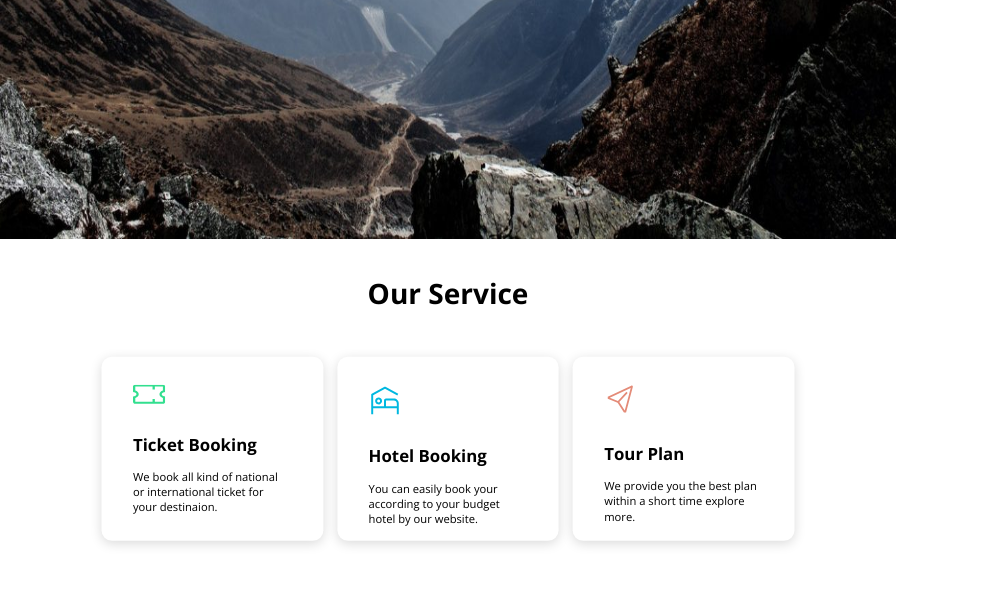
Repository: kubrazamanova/Background-Image
Page: index.html
The author's editor kept a copy of each file at every save. The page is drawn from the files as they stood at one save, then again after the next save.
The browser window is 1280 px wide. The page is 1280 px wide, then 1417 px, so the pictures cover 1417 px, including what lies to the right of the window. The pictures show the part of the page from y = 822 to 2542 px (the page is 1682 px tall before and 2542 px after), at 70% of full size.

Above is the page before, as saved 2023-10-17 19:00:15.

### index.html
<!DOCTYPE html>
<html lang="en">
  <head>
    <meta charset="UTF-8" />
    <meta name="viewport" content="width=device-width, initial-scale=1.0" />
    <link rel="stylesheet" href="index.css" />
    <title>Document</title>
  </head>
  <body>
    <div class="container">
      <div class="home-page">
        <nav>
          <img src="./image/Travel Goo.svg" alt="" />
          <ul>
            <li>
              <a href="#">HOME</a>
            </li>
            <li>
              <a href="#service-page">Service</a>
            </li>
            <li>
              <a href="#">About Us</a>
            </li>

            <li>
              <a href="#">Packages</a>
            </li>
          </ul>
          <div class="photo1">
            <img src="./image/star.svg" alt="" />
            <img src="./image/user.svg" alt="" />
          </div>
        </nav>

        <main>
          <h1>Your Imagination Is Your Only Limit</h1>
          <p>
            We always try to make our customer Happy. We provide all kind of
            facilities. Your Satisfaction is our main priority
          </p>
          <a href="#">Discover more</a>
        </main>
      </div>
      <div id="service-page">
        <div class="our-service-page">
          <h1>Our Service</h1>

          <ul>
            <li>
              <svg
                xmlns="http://www.w3.org/2000/svg"
                width="46"
                height="28"
                viewBox="0 0 46 28"
                fill="none"
              >
                <path
                  d="M44.3571 10.9036C44.7929 10.9036 45.2107 10.76 45.5188 10.5044C45.8269 10.2488 46 9.90215 46 9.54067V2.72591C46 2.00295 45.6538 1.30961 45.0376 0.7984C44.4214 0.287193 43.5857 0 42.7143 0H3.28571C2.41429 0 1.57855 0.287193 0.962363 0.7984C0.346172 1.30961 0 2.00295 0 2.72591V9.54067C0 9.90215 0.173086 10.2488 0.481182 10.5044C0.789277 10.76 1.20714 10.9036 1.64286 10.9036C2.51428 10.9036 3.35002 11.1908 3.96621 11.702C4.5824 12.2132 4.92857 12.9066 4.92857 13.6295C4.92857 14.3525 4.5824 15.0458 3.96621 15.557C3.35002 16.0682 2.51428 16.3554 1.64286 16.3554C1.20714 16.3554 0.789277 16.499 0.481182 16.7546C0.173086 17.0102 0 17.3569 0 17.7184V24.5332C0 25.2561 0.346172 25.9495 0.962363 26.4607C1.57855 26.9719 2.41429 27.2591 3.28571 27.2591H42.7143C43.5857 27.2591 44.4214 26.9719 45.0376 26.4607C45.6538 25.9495 46 25.2561 46 24.5332V17.7184C46 17.3569 45.8269 17.0102 45.5188 16.7546C45.2107 16.499 44.7929 16.3554 44.3571 16.3554C43.4857 16.3554 42.65 16.0682 42.0338 15.557C41.4176 15.0458 41.0714 14.3525 41.0714 13.6295C41.0714 12.9066 41.4176 12.2132 42.0338 11.702C42.65 11.1908 43.4857 10.9036 44.3571 10.9036ZM42.7143 18.9042V24.5332H31.2143V20.4443H27.9286V24.5332H3.28571V18.9042C4.69199 18.5992 5.93673 17.9161 6.82512 16.9617C7.71351 16.0073 8.19542 14.8354 8.19542 13.6295C8.19542 12.4237 7.71351 11.2518 6.82512 10.2974C5.93673 9.34297 4.69199 8.65984 3.28571 8.3549V2.72591H27.9286V6.81477H31.2143V2.72591H42.7143V8.3549C41.308 8.65984 40.0633 9.34297 39.1749 10.2974C38.2865 11.2518 37.8046 12.4237 37.8046 13.6295C37.8046 14.8354 38.2865 16.0073 39.1749 16.9617C40.0633 17.9161 41.308 18.5992 42.7143 18.9042Z"
                  fill="#32DF8F"
                />
              </svg>
              <b>Ticket Booking</b>
              <p>
                We book all kind of national or international ticket for your
                destinaion.
              </p>
            </li>

            <li>
              <svg
                xmlns="http://www.w3.org/2000/svg"
                width="45"
                height="45"
                viewBox="0 0 45 45"
                fill="none"
              >
                <path
                  d="M13.3594 21.0938C13.7766 21.0938 14.1844 21.2175 14.5313 21.4492C14.8782 21.681 15.1485 22.0105 15.3082 22.3959C15.4678 22.7813 15.5096 23.2055 15.4282 23.6146C15.3468 24.0238 15.1459 24.3997 14.8509 24.6947C14.5559 24.9897 14.1801 25.1906 13.7709 25.272C13.3617 25.3534 12.9376 25.3116 12.5522 25.1519C12.1667 24.9923 11.8373 24.7219 11.6055 24.375C11.3737 24.0281 11.25 23.6203 11.25 23.2031C11.25 22.6437 11.4722 22.1072 11.8678 21.7116C12.2634 21.316 12.7999 21.0938 13.3594 21.0938ZM13.3594 18.2812C12.3859 18.2813 11.4343 18.5699 10.6249 19.1107C9.81553 19.6516 9.18468 20.4203 8.81216 21.3196C8.43963 22.219 8.34216 23.2086 8.53207 24.1633C8.72199 25.1181 9.19075 25.9951 9.87909 26.6834C10.5674 27.3718 11.4444 27.8405 12.3992 28.0304C13.3539 28.2203 14.3435 28.1229 15.2429 27.7503C16.1423 27.3778 16.9109 26.747 17.4518 25.9376C17.9926 25.1282 18.2813 24.1766 18.2813 23.2031C18.2813 21.8978 17.7627 20.6459 16.8397 19.7228C15.9166 18.7998 14.6647 18.2812 13.3594 18.2812Z"
                  fill="#00B8E0"
                />
                <path
                  d="M35.1562 19.6875H23.9062C23.1603 19.6875 22.445 19.9838 21.9175 20.5112C21.3901 21.0387 21.0938 21.7541 21.0938 22.5V30.9375H5.625V14.9062L22.5 5.82185L40.1203 15.3L41.4422 12.825L23.1609 2.98122C22.9575 2.87289 22.7305 2.81622 22.5 2.81622C22.2695 2.81622 22.0425 2.87289 21.8391 2.98122L3.55781 12.825C3.33326 12.9445 3.14536 13.1228 3.01411 13.3407C2.88285 13.5586 2.81318 13.8081 2.8125 14.0625V42.1875H5.625V33.75H39.375V42.1875H42.1875V26.7187C42.1875 24.8539 41.4467 23.0655 40.1281 21.7469C38.8095 20.4283 37.0211 19.6875 35.1562 19.6875ZM23.9062 30.9375V22.5H35.1562C36.2751 22.5 37.3482 22.9444 38.1394 23.7356C38.9305 24.5268 39.375 25.5998 39.375 26.7187V30.9375H23.9062Z"
                  fill="#00B8E0"
                />
              </svg>
              <b>Hotel Booking</b>
              <p>
                You can easily book your according to your budget hotel by our
                website.
              </p>
            </li>

            <li>
              <svg
                xmlns="http://www.w3.org/2000/svg"
                width="41"
                height="41"
                viewBox="0 0 41 41"
                fill="none"
              >
                <path
                  d="M37.9926 1.59009C37.7551 1.39292 37.4665 1.26731 37.1604 1.22788C36.8543 1.18845 36.5432 1.23683 36.2635 1.36739L2.7016 17.1207V20.1689L16.7983 25.8076L25.8404 39.7187H28.8893L38.5227 3.25115C38.6008 2.9525 38.5925 2.6378 38.4986 2.34372C38.4047 2.04964 38.2293 1.78828 37.9926 1.59009ZM27.0069 36.8113L19.2348 24.8538L31.1947 11.7545L29.3024 10.0267L17.2488 23.2282L5.62605 18.5791L35.5307 4.54201L27.0069 36.8113Z"
                  fill="#E48B78"
                />
              </svg>
              <b>Tour Plan</b>
              <p>
                We provide you the best plan within a short time explore more.
              </p>
            </li>
          </ul>
        </div>
        <!-- <div class="best-service">
          <h1>We always try to give you the best service</h1>
          <p>
            We always try to make our customer Happy. We provide all kind of
            facilities. Your Satisfaction is our main priority.
          </p>

          <ul>
            <li>
              <svg
                xmlns="http://www.w3.org/2000/svg"
                width="42"
                height="42"
                viewBox="0 0 42 42"
                fill="none"
              >
                <g clip-path="url(#clip0_10_30)">
                  <path
                    d="M39.375 3.93291L28.8658 3.93295V1.31714C28.8658 0.591982 28.2785 0.00463867 27.5533 0.00463867C26.8282 0.00463867 26.2408 0.591982 26.2408 1.31714V3.93229H15.7408V1.31714C15.7408 0.591982 15.1535 0.00463867 14.4283 0.00463867C13.7032 0.00463867 13.1158 0.591982 13.1158 1.31714V3.93229H2.625C1.17534 3.93229 0 5.10764 0 6.55729V39.3698C0 40.8194 1.17534 41.9948 2.625 41.9948H39.375C40.8247 41.9948 42 40.8194 42 39.3698V6.55729C42 5.10825 40.8247 3.93291 39.375 3.93291ZM39.375 39.3698H2.625V6.55729H13.1158V7.87964C13.1158 8.60475 13.7032 9.19214 14.4283 9.19214C15.1535 9.19214 15.7408 8.60475 15.7408 7.87964V6.55795H26.2408V7.88029C26.2408 8.60545 26.8282 9.19279 27.5533 9.19279C28.2785 9.19279 28.8658 8.60545 28.8658 7.88029V6.55795H39.375V39.3698ZM30.1875 20.9954H32.8125C33.537 20.9954 34.125 20.4074 34.125 19.6829V17.0579C34.125 16.3334 33.537 15.7454 32.8125 15.7454H30.1875C29.463 15.7454 28.875 16.3334 28.875 17.0579V19.6829C28.875 20.4074 29.463 20.9954 30.1875 20.9954ZM30.1875 31.4948H32.8125C33.537 31.4948 34.125 30.9074 34.125 30.1823V27.5573C34.125 26.8328 33.537 26.2448 32.8125 26.2448H30.1875C29.463 26.2448 28.875 26.8328 28.875 27.5573V30.1823C28.875 30.9081 29.463 31.4948 30.1875 31.4948ZM22.3125 26.2448H19.6875C18.963 26.2448 18.375 26.8328 18.375 27.5573V30.1823C18.375 30.9074 18.963 31.4948 19.6875 31.4948H22.3125C23.037 31.4948 23.625 30.9074 23.625 30.1823V27.5573C23.625 26.8334 23.037 26.2448 22.3125 26.2448ZM22.3125 15.7454H19.6875C18.963 15.7454 18.375 16.3334 18.375 17.0579V19.6829C18.375 20.4074 18.963 20.9954 19.6875 20.9954H22.3125C23.037 20.9954 23.625 20.4074 23.625 19.6829V17.0579C23.625 16.3328 23.037 15.7454 22.3125 15.7454ZM11.8125 15.7454H9.1875C8.463 15.7454 7.875 16.3334 7.875 17.0579V19.6829C7.875 20.4074 8.463 20.9954 9.1875 20.9954H11.8125C12.537 20.9954 13.125 20.4074 13.125 19.6829V17.0579C13.125 16.3328 12.537 15.7454 11.8125 15.7454ZM11.8125 26.2448H9.1875C8.463 26.2448 7.875 26.8328 7.875 27.5573V30.1823C7.875 30.9074 8.463 31.4948 9.1875 31.4948H11.8125C12.537 31.4948 13.125 30.9074 13.125 30.1823V27.5573C13.125 26.8334 12.537 26.2448 11.8125 26.2448Z"
                    fill="#005F15"
                  />
                </g>
                <defs>
                  <clipPath id="clip0_10_30">
                    <rect width="42" height="42" fill="white" />
                  </clipPath>
                </defs>
              </svg>
              <b>15+</b>
              <p>Years of Experience</p>
            </li>

            <li>
              <svg
                xmlns="http://www.w3.org/2000/svg"
                width="43"
                height="43"
                viewBox="0 0 43 43"
                fill="none"
              >
                <path
                  d="M37.2891 33.2578H8.39844V7.05469C8.39844 6.86992 8.24727 6.71875 8.0625 6.71875H5.71094C5.52617 6.71875 5.375 6.86992 5.375 7.05469V35.9453C5.375 36.1301 5.52617 36.2812 5.71094 36.2812H37.2891C37.4738 36.2812 37.625 36.1301 37.625 35.9453V33.5938C37.625 33.409 37.4738 33.2578 37.2891 33.2578ZM12.0938 29.8984H14.4453C14.6301 29.8984 14.7812 29.7473 14.7812 29.5625V23.5156C14.7812 23.3309 14.6301 23.1797 14.4453 23.1797H12.0938C11.909 23.1797 11.7578 23.3309 11.7578 23.5156V29.5625C11.7578 29.7473 11.909 29.8984 12.0938 29.8984ZM18.4766 29.8984H20.8281C21.0129 29.8984 21.1641 29.7473 21.1641 29.5625V16.125C21.1641 15.9402 21.0129 15.7891 20.8281 15.7891H18.4766C18.2918 15.7891 18.1406 15.9402 18.1406 16.125V29.5625C18.1406 29.7473 18.2918 29.8984 18.4766 29.8984ZM24.8594 29.8984H27.2109C27.3957 29.8984 27.5469 29.7473 27.5469 29.5625V19.4004C27.5469 19.2156 27.3957 19.0645 27.2109 19.0645H24.8594C24.6746 19.0645 24.5234 19.2156 24.5234 19.4004V29.5625C24.5234 29.7473 24.6746 29.8984 24.8594 29.8984ZM31.2422 29.8984H33.5938C33.7785 29.8984 33.9297 29.7473 33.9297 29.5625V12.7656C33.9297 12.5809 33.7785 12.4297 33.5938 12.4297H31.2422C31.0574 12.4297 30.9062 12.5809 30.9062 12.7656V29.5625C30.9062 29.7473 31.0574 29.8984 31.2422 29.8984Z"
                  fill="#005F15"
                />
              </svg>
              <b>15k+</b>
              <p>Happy Travellers</p>
            </li>

            <li>
              <svg
                xmlns="http://www.w3.org/2000/svg"
                width="43"
                height="43"
                viewBox="0 0 43 43"
                fill="none"
              >
                <path
                  d="M21.5 32.25L13.3166 20.6938C11.9771 19.1122 11.1145 17.1827 10.8292 15.1299C10.5439 13.0771 10.8478 10.9855 11.7053 9.09874C12.5628 7.21193 13.9387 5.60758 15.6728 4.47252C17.4068 3.33747 19.4277 2.71843 21.5 2.6875C24.3726 2.71589 27.1168 3.88155 29.1317 5.92918C31.1466 7.97681 32.2679 10.7395 32.25 13.6122C32.2511 16.1182 31.3979 18.5497 29.8312 20.5056L21.5 32.25ZM21.5 5.375C19.339 5.39982 17.2763 6.28119 15.7646 7.8256C14.253 9.37001 13.416 11.4512 13.4375 13.6122C13.4465 15.5846 14.1561 17.4896 15.4397 18.9872L21.5 27.5738L27.7216 18.8125C28.9042 17.3363 29.553 15.5036 29.5625 13.6122C29.584 11.4512 28.747 9.37001 27.2354 7.8256C25.7237 6.28119 23.6609 5.39982 21.5 5.375Z"
                  fill="#005F15"
                />
                <path
                  d="M21.5 14.7812C22.9843 14.7812 24.1875 13.578 24.1875 12.0938C24.1875 10.6095 22.9843 9.40625 21.5 9.40625C20.0157 9.40625 18.8125 10.6095 18.8125 12.0938C18.8125 13.578 20.0157 14.7812 21.5 14.7812Z"
                  fill="#005F15"
                />
                <path
                  d="M37.625 16.125H34.9375V18.8125H37.625V37.625H5.375V18.8125H8.0625V16.125H5.375C4.66223 16.125 3.97865 16.4081 3.47465 16.9122C2.97065 17.4162 2.6875 18.0997 2.6875 18.8125V37.625C2.6875 38.3378 2.97065 39.0213 3.47465 39.5253C3.97865 40.0294 4.66223 40.3125 5.375 40.3125H37.625C38.3378 40.3125 39.0213 40.0294 39.5253 39.5253C40.0294 39.0213 40.3125 38.3378 40.3125 37.625V18.8125C40.3125 18.0997 40.0294 17.4162 39.5253 16.9122C39.0213 16.4081 38.3378 16.125 37.625 16.125Z"
                  fill="#005F15"
                />
              </svg>
              <b>650+</b>
              <p>Places Visited</p>
            </li>

            <li>
              <svg
                xmlns="http://www.w3.org/2000/svg"
                width="35"
                height="35"
                viewBox="0 0 35 35"
                fill="none"
              >
                <path
                  d="M3.09169 19.7254C4.17377 26.6977 10.2404 32.0775 17.5015 32.0775C25.5209 32.0775 32.0819 25.5164 32.0819 17.497C32.0819 9.47767 25.5223 2.91663 17.5029 2.91663C12.6934 2.91663 8.46127 5.25142 5.83335 8.74996V2.91808L2.92106 2.91663L2.91669 13.125H13.125V10.2083L8.45981 10.2068C10.5 7.58475 13.8571 5.83329 17.5029 5.83329C23.9167 5.83329 29.1667 11.0833 29.1667 17.497C29.1667 23.9108 23.9167 29.1622 17.5015 29.1622C11.8461 29.1622 7.10065 25.0877 6.05502 19.7254H3.09169Z"
                  fill="#005F15"
                />
                <path
                  d="M16.0446 10.2069V17.939L20.7127 24.2054L23.046 22.4598L18.9612 17.0625V10.2069H16.0446Z"
                  fill="#005F15"
                />
              </svg>
              <b>2k+</b>
              <p>Travel History</p>
            </li>
          </ul>
        </div> -->
      </div>
    </div>
  </body>
</html>

### index.css
@import url("https://fonts.googleapis.com/css2?family=Open+Sans:wght@400;700&display=swap");
* {
  margin: 0;
  padding: 0;
  box-sizing: border-box;
}

.home-page {
  min-height: 100vh;
  background-image: url("./image/mount-everest-1313x875.jpg");
  background-repeat: no-repeat;
  background-size: 100% 100%;
}

.home-page nav {
  width: 100%;
  padding: 20px 145px 20px 136px;
  background-color: black;
  display: flex;
  justify-content: space-between;
  position: fixed;
}

.home-page ul {
  display: flex;
  align-items: center;
}

.home-page ul li a {
  margin-right: 76px;
  list-style-type: none;
  text-decoration: none;
  color: #fff;
  font-family: Open Sans;
  font-size: 20px;
  font-style: normal;
  font-weight: 600;
  line-height: normal;
}
.home-page .photo1 {
  display: flex;
  align-items: center;
}

.home-page .photo1 img {
  margin-right: 34px;
}

main {
  padding: 381px 475px 378px 475px;
  display: flex;
  flex-direction: column;
  justify-content: center;
  align-items: center;
}

.home-page h1 {
  width: 779px;
  color: #fff;
  text-align: center;
  font-family: Open Sans;
  font-size: 75px;
  font-style: normal;
  font-weight: 800;
  line-height: normal;
}

.home-page p {
  width: 568px;
  margin-top: 57px;
  color: #fff;
  text-align: center;
  font-family: Open Sans;
  font-size: 16px;
  font-style: normal;
  font-weight: 400;
  line-height: normal;
}

.home-page main a {
  display: block;
  margin-top: 39px;
  width: 214px;
  height: 60px;
  border-radius: 10px;
  background: #00a651;
  text-decoration: none;
  color: white;
  display: flex;
  justify-content: center;
  align-items: center;
}

.our-service-page {
  padding: 50px 145px 88px 145px;
  background-color: #fff;
}

.our-service-page h1 {
  color: #000;
  text-align: center;
  font-family: Open Sans;
  font-size: 40px;
  font-style: normal;
  font-weight: 700;
  line-height: normal;
}

.our-service-page ul {
  display: flex;
  justify-content: space-between;
  margin-top: 63px;
}

.our-service-page ul li {
  width: 32%;
  padding: 40px 50px 20px 45px;
  /* margin-right: 95px; */
  list-style-type: none;
  border-radius: 15px;
  background-color: #f9f9f9;
  border-radius: 15px;
  background: #fff;
  box-shadow: 0px 4px 16px 0px rgba(0, 0, 0, 0.15);

}

.our-service-page ul li svg {
  width: 46px;
  margin-bottom: 36px;
}

.our-service-page ul li b {
  /* width: 177px; */
  display: block;
  margin-bottom: 19px;
  color: #000;
  /* text-align: center; */
  font-family: Open Sans;
  font-size: 24px;
  font-style: normal;
  font-weight: 700;
  line-height: normal;
}

.our-service-page ul li p {
  /* width: 319px; */
  color: #000;
  font-family: Open Sans;
  font-size: 16px;
  font-style: normal;
  font-weight: 400;
  line-height: normal;
}

.best-service {
  padding: 169px 167px 113px 176px;
  min-height: 100vh;
  background: rgba(0, 88, 83, 0.05);
  display: flex;
  flex-direction: column;
  justify-content: center;
  align-items: center;
}

.best-service h1 {
  width: 518px;
  color: #000;
  text-align: center;
  font-family: Open Sans;
  font-size: 40px;
  font-style: normal;
  font-weight: 700;
  line-height: normal;
}

.best-service p {
  width: 495px;
  margin-top: 19px;
  color: #000;
  text-align: center;
  font-family: Open Sans;
  font-size: 16px;
  font-style: normal;
  font-weight: 400;
  line-height: normal;
}

.best-service ul {
  margin-top: 118px;
  display: flex;
}

.best-service ul li {
  list-style-type: none;
  width: 250px;
  height: 250px;
  border-radius: 15px;
  background: #fff;
  margin-right: 136px;
  display: flex;
  flex-direction: column;
  align-items: center;
}

.best-service svg {
  margin-top: 43px;
  width: 42px;
  height: 42px;
}

.best-service b {
  margin-top: 19px;
  color: #000;
  font-family: Open Sans;
  font-size: 36px;
  font-style: normal;
  font-weight: 700;
  line-height: normal;
}

.best-service p {
  color: #000;
  text-align: center;
  font-family: Open Sans;
  font-size: 20px;
  font-style: normal;
  font-weight: 400;
  line-height: normal;
}

After the next save:
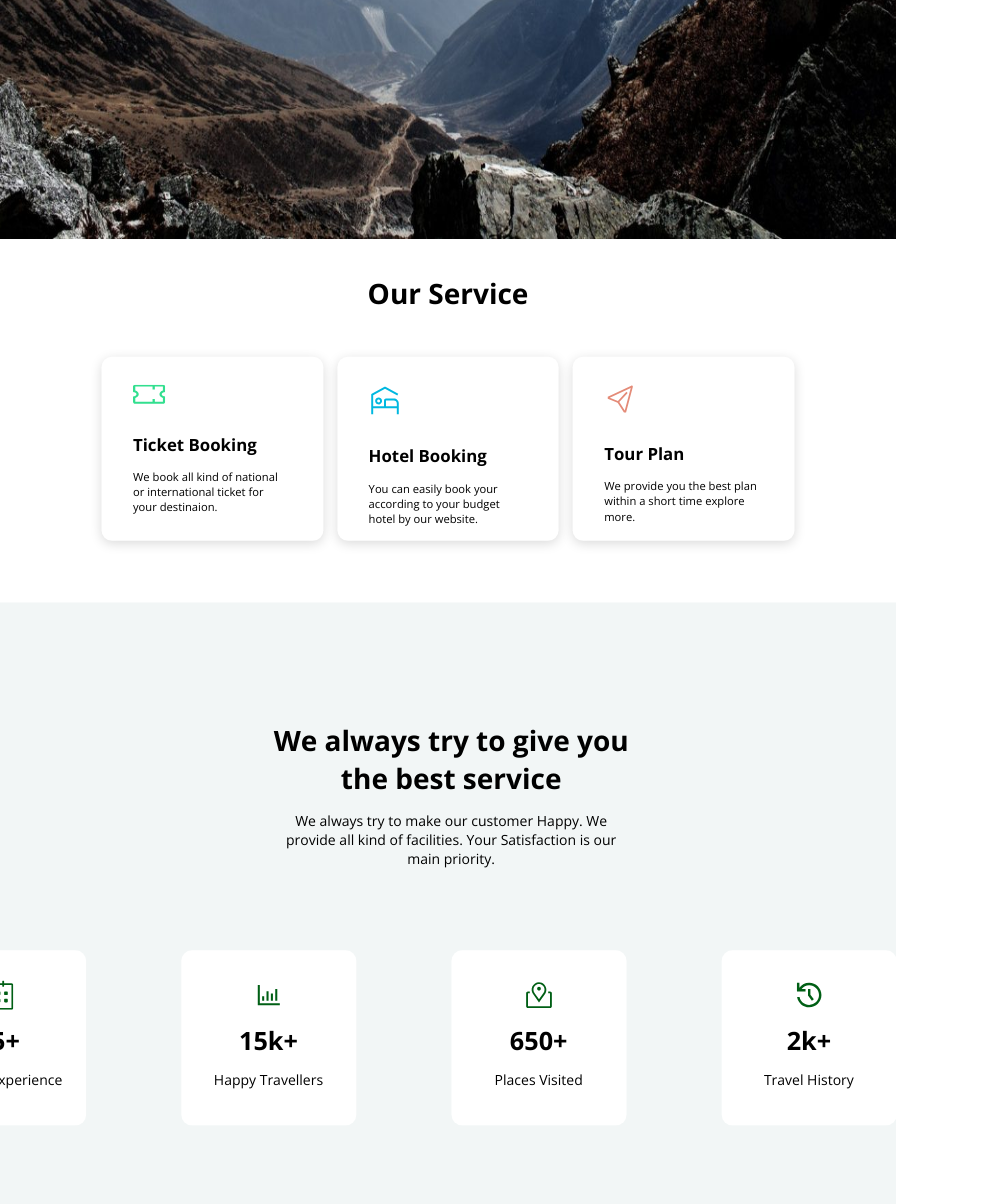
Saved 18 s later.
--- a/index.html
+++ b/index.html
@@ -110,7 +110,7 @@
             </li>
           </ul>
         </div>
-        <!-- <div class="best-service">
+        <div class="best-service">
           <h1>We always try to give you the best service</h1>
           <p>
             We always try to make our customer Happy. We provide all kind of
@@ -205,7 +205,7 @@
               <p>Travel History</p>
             </li>
           </ul>
-        </div> -->
+        </div>
       </div>
     </div>
   </body>
